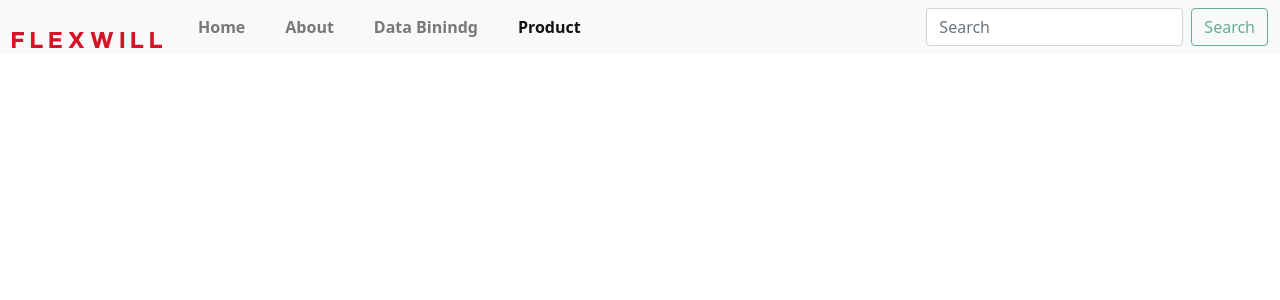
Repository: jang0ha/vue
Page: /product
An editor plug-in stored every save of this project. The page is shown before and after the next save, followed by the edit.
The browser window is 1280 px wide. The pictures show the whole page.
The project was rebuilt for these pictures with package versions that can differ from the ones it lists, and the page was loaded fresh each time. Also part of the build but not shown: vue.config.js, src/components/HelloWorld.vue, src/views/HomeView.vue, src/views/AboutView.vue.

Above is the page before, as saved 2022-04-19 10:17:58.

### src/main.js
import { createApp } from 'vue'
// import Vue from 'vue'
import App from './App.vue'
import router from './router'

import 'bootstrap/dist/css/bootstrap.css'



createApp(App).use(router).mount('#app')



import "bootstrap/dist/js/bootstrap.js";

### src/App.vue
<template>
   <div id="app">
       <Header />
       <div id="content" class="content">
           <router-view></router-view>
       </div>
   </div>
</template>

<script>
import Header from"./components/layout/Header.vue";

export default {
    name:"App",
    components:{
        Header,

    }
}
</script>

### src/router/index.js
import { createRouter, createWebHistory } from 'vue-router'
import HomeView from '../views/HomeView.vue'
import AboutView from '../views/AboutView.vue'
import DataBinding from '../views/DataBinding.vue'
import ProductView from '../views/ProductView.vue'

const routes = [
  {
    path: '/', //브라우저에서 접속하는 url 주소를 정의
    name: 'home',
    component: HomeView // 지정된path로 들어왔을 때 보여줄 vue 컴포넌트 , 앞으로 구현할 vue 파일을 연결하고, 해당파일을 실행
  },
  {
    path: '/about',
    name: 'about',
    // route level code-splitting  >> 라우트 레벨에서 코드를 분할하는 방법
    // this generates a separate chunk (about.[hash].js) for this route  >> 이 라우트에 대한 chunk파일이 분리되어 생성
    // which is lazy-loaded when the route is visited.  >> 이 라우트에 방문했을떄 지연로드 됩니다.
    // component: () => import(
      /* webpackChunkName: "about" */
    //   '../views/AboutView.vue'
    // )
    component: AboutView
  },
  {
    path: '/databinding',
    name: 'DataBinding',
    component:DataBinding
  },
  {
    path: '/product',
    name: 'ProductView',
    component:ProductView
  }
]

const router = createRouter({
  history: createWebHistory(process.env.BASE_URL),
  routes
})

export default router

### src/components/layout/Header.vue
<template>
  <!-- <nav>
    <router-link to="/">Home</router-link> |
    <router-link to="/about">About</router-link>
    <router-link to="/databinding">Data Binindg</router-link>
    <router-link to="/product">Product</router-link>
  </nav> -->

  <nav class="navbar navbar-expand-lg navbar-light bg-light">
  <div class="container-fluid">
    <a class="navbar-brand" href="#">
        <router-link to="/">
            <img src="../../assets/images/logo.svg" alt="">
        </router-link>
    </a>
    <button class="navbar-toggler" type="button" data-bs-toggle="collapse" data-bs-target="#navbarSupportedContent" aria-controls="navbarSupportedContent" aria-expanded="false" aria-label="Toggle navigation">
      <span class="navbar-toggler-icon"></span>
    </button>
    <div class="collapse navbar-collapse" id="navbarSupportedContent">
      <ul class="navbar-nav me-auto mb-2 mb-lg-0">
        <li class="nav-item">
          <router-link to="/">
            Home
          </router-link>
        </li>
        <li class="nav-item">
        <router-link to="/about">About</router-link>
        </li>
        <li class="nav-item dropdown">
           <router-link to="/databinding">Data Binindg</router-link>
        </li>
        <li class="nav-item">
          <router-link to="/product">Product</router-link>
        </li>
      </ul>
      <form class="d-flex">
        <input class="form-control me-2" type="search" placeholder="Search" aria-label="Search" v-model="textValue">
        <button class="btn btn-outline-success" type="submit" v-bind:disabled="textValue==''">Search</button>
      </form>
    </div>
  </div>
</nav>

  <router-view/>


</template>

<style>
.nav-item a{padding: 0 20px; text-decoration: none; color:#787878; font-weight:bold;}
.nav-item a:hover{color:#111;}
.router-link-active{ color:#111!important;}
.navbar-brand{
    width:150px;
    height:17px;
}
</style>

<script>
export default {
    name : 'header-nav',//컴포넌트 이름
    components: {}, //다른 컴포넌트 사용 시 컴포넌트를 import하고, 배열로 저장
    data(){ //html과 자바스크립트 코드에서 사용할 데이터 변수 선언
        return {
            textValue: '',
        };
    },
    setup(){}, // 컴포지션Api
    created(){}, //컴포넌트가 생성되면 실행
    mounted() {}, //templete에 정의된 html 코드가 랜더링 된 후 실행
    unmounted() {}, //unmount가 완료 된 후 실행
    methods: {}, //컴포넌트 내에서 사용할 메소드 정의
}
</script>

### src/views/DataBinding.vue
<template>
    <h1>hello, {{title}}</h1>

    <div>
        <div>{{htmlString}}</div>
        <div v-html="htmlString"></div>

        <br><br><br><br>

        <label for="1"><input type="checkbox" name="" id="1" v-model="checked" value="서울">서울</label>
        <label for="2"><input type="checkbox" name="" id="2" v-model="checked" value="부산">부산</label>
        <label for="3"><input type="checkbox" name="" id="3" v-model="checked" value="제주">제주</label>
        <br>
        <span>체크한 지역 {{checked}}</span>
        <br><br><br><br>
        <label for="4"><input type="radio" name="" id="4" v-model="picked" value="서울">서울</label>
        <label for="5"><input type="radio" name="" id="5" v-model="picked" value="부산">부산</label>
        <label for="6"><input type="radio" name="" id="6" v-model="picked" value="제주">제주</label>
        <br>
        <span>체크한 지역 {{picked}}</span>
        <br><br><br><br><br><br>
        <input type="text" name="" id="" v-model="textValue">
        <button type="button" style="" v-bind:disabled="textValue==''">저장</button>


        <div class="container" v-bind:class="{'active' : isActive, 'fail': hasError}">클래스 바인딩!!</div>
        <div class="container" v-bind:class="{ active: isActive }"  v-on:click="isActive = !isActive">온클릭 토글 클래스 이벤트 바인딩!!</div>
        <div class="container" v-bind:class="{ active: isActive }"  v-on:click="isActive = !isActive">온클릭 토글 클래스 이벤트 바인딩!!</div>
    </div>
</template>
<script>
export default {
    data(){ //html과 자바스크립트 코드에서 사용할 데이터 변수 선언
        return {
            title : "데이터 바인딩~!@!@!@!@!@!@ ",
            htmlString:'<p style="color: red;">나는 문어~ </p>',
            checked: [],
            picked:[],
            textValue :"",
            isActive:"true",
            hasError:"false"

        };
    },
}
</script>

<style>
    button{background:#111; color:#fff; outline:0;}
    button:disabled{background:#ededed;}
    .active{
        background:#ededed; color:blue; font-size:30px; font-weight: bold;

    }
    .fail {
        background:red; color:white; font-size:30px;font-weight: bold;
    }
</style>

### src/views/ProductView.vue
<template>
    <div>

    </div>
</template>
<script>
export default {
    data(){ //html과 자바스크립트 코드에서 사용할 데이터 변수 선언
        return {

        };
    },
}
</script>

<style>
</style>

Loaded but not shown: public/index.html (common file)

After the next save:
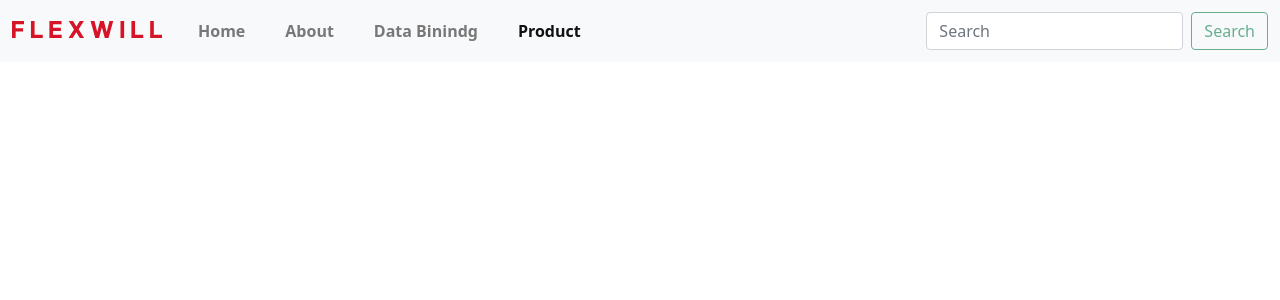
Saved 1 s later.
--- a/src/components/layout/Header.vue
+++ b/src/components/layout/Header.vue
@@ -52,7 +52,7 @@
 .router-link-active{ color:#111!important;}
 .navbar-brand{
     width:150px;
-    height:17px;
+    height:46px;
 }
 </style>
 
